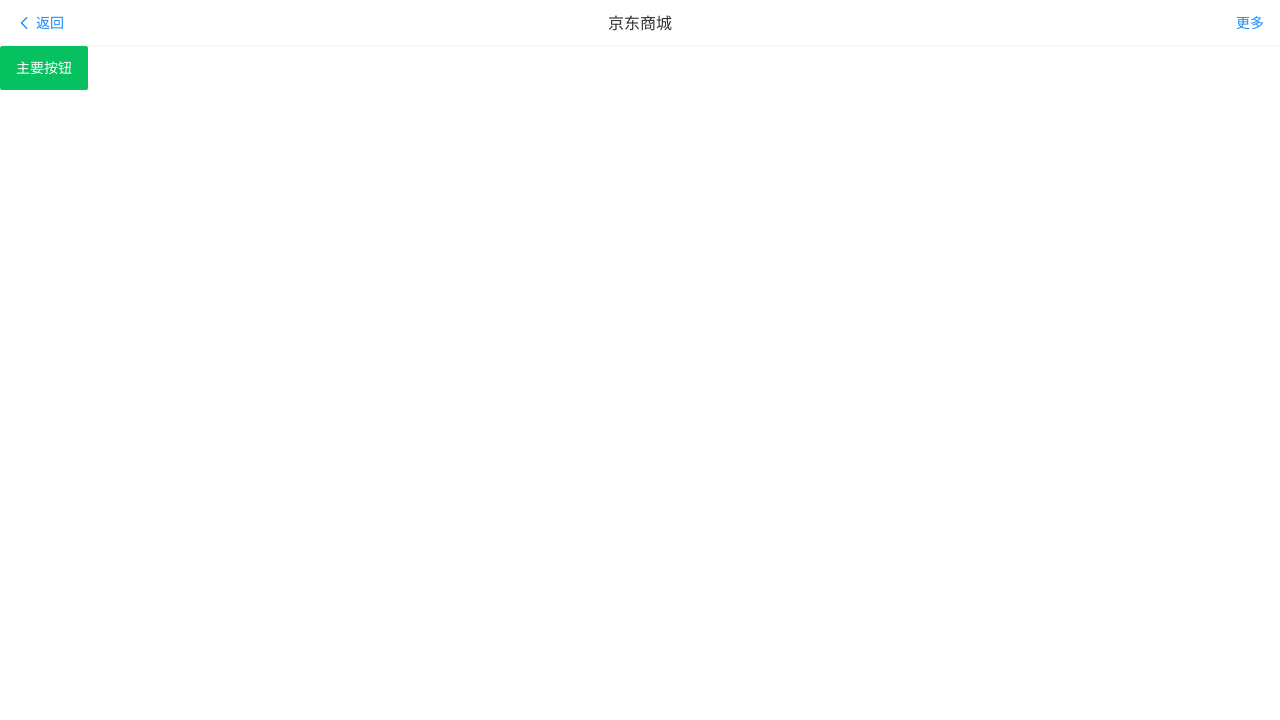
Repository: zhouzhiwengang/rourou
Page: /
An editor plug-in stored every save of this project. The page is shown before and after the next save, followed by the edit.
The browser window is 1280 px wide. The pictures show the whole page.
The project was rebuilt for these pictures with package versions that can differ from the ones it lists, and the page was loaded fresh each time.

Above is the page before, as saved 2021-02-23 14:30:23.

### index.html
<!DOCTYPE html>
<html>
  <head>
    <meta charset="utf-8">
    <meta name="viewport" content="width=device-width,initial-scale=1.0">
    <title>rourou</title>
  </head>
  <body>
    <div id="app"></div>
    <!-- built files will be auto injected -->
  </body>
</html>

### src/main.js
// The Vue build version to load with the `import` command
// (runtime-only or standalone) has been set in webpack.base.conf with an alias.
import Vue from 'vue'
import App from './App'
import router from './router'
import Vant from 'vant';
import 'vant/lib/index.css';

Vue.config.productionTip = false
Vue.use(Vant)
/* eslint-disable no-new */
new Vue({
  el: '#app',
  router,
  components: { App },
  template: '<App/>'
})

### src/App.vue
<template>
  <div id="app">
    <header-bar></header-bar>
    <div class="content-div">
      <router-view/>
    </div>
  </div>
</template>

<script>
import Header from './components/HeaderBar.vue'
export default {
  name: 'App',
  components: {
      'header-bar': Header
    },
}
</script>

<style>
.content-div {
    margin-bottom: 55px;
  }
</style>

### src/components/HeaderBar.vue
<template>
  <div>
    <van-nav-bar
    title="京东商城"
    left-text="返回"
    right-text="更多"
    left-arrow
    @click-left="onClickLeft"
    @click-right="onClickRight"
    />

  </div>
</template>

<script>
export default {
    methods: {
        onClickLeft() {
            console.log('返回')
        },
        onClickRight() {
            console.log('更多')
        },
  },
}
</script>

<!-- Add "scoped" attribute to limit CSS to this component only -->
<style>

</style>

### src/components/HelloWorld.vue
<template>
  <div class="hello">
   <van-button type="primary">主要按钮</van-button>

  </div>
</template>

<script>
export default {
  name: 'HelloWorld',
  data () {
    return {
      msg: 'Welcome to Your Vue.js App'
    }
  }
}
</script>

<!-- Add "scoped" attribute to limit CSS to this component only -->
<style scoped>
h1, h2 {
  font-weight: normal;
}
ul {
  list-style-type: none;
  padding: 0;
}
li {
  display: inline-block;
  margin: 0 10px;
}
a {
  color: #42b983;
}
</style>

### src/components/FooterBar.vue
<template>
  <div>
    <van-tabbar v-model="active">
        <van-tabbar-item icon="bag-o">首页</van-tabbar-item>
        <van-tabbar-item icon="cart-o">购物车</van-tabbar-item>
        <van-tabbar-item icon="user-o">用户</van-tabbar-item>
    </van-tabbar>

  </div>
</template>

<script>
export default {
    data() {
        return {
            active: 0,
        };
    },
}
</script>

<!-- Add "scoped" attribute to limit CSS to this component only -->
<style>

</style>

Loaded but not shown: src/router/index.js (common file)

After the next save:
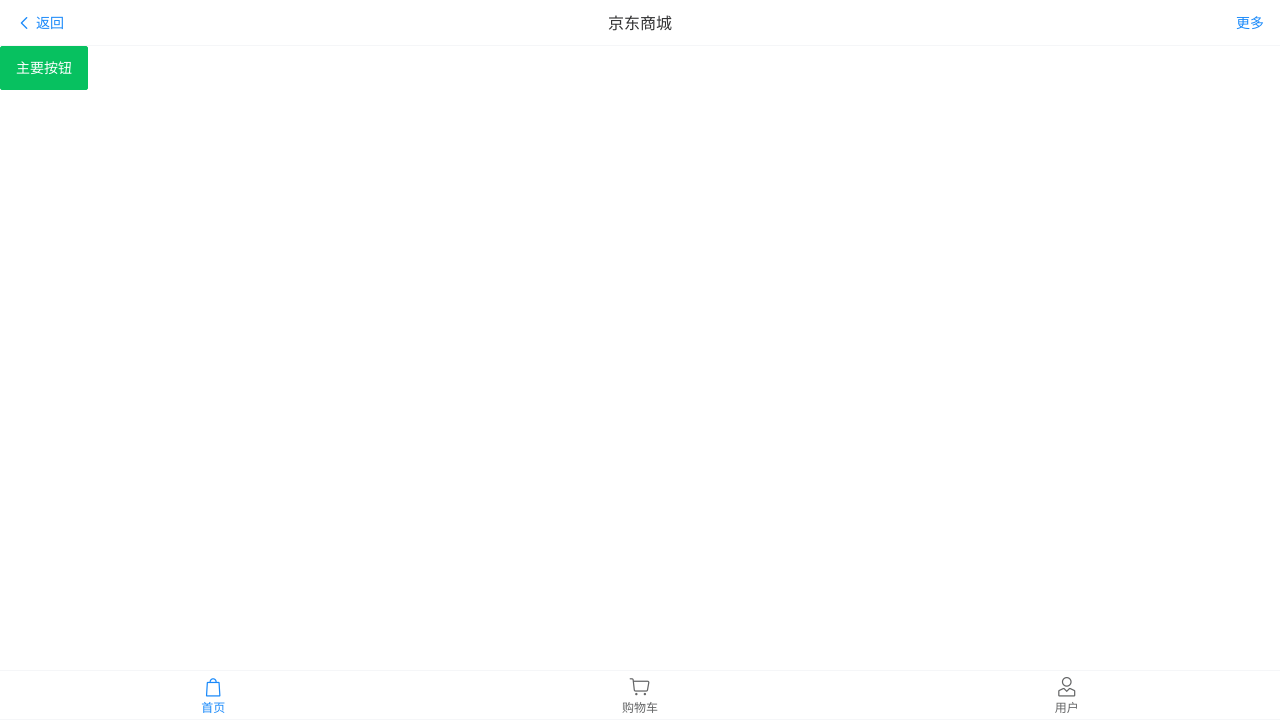
Saved 78 s later.
--- a/src/App.vue
+++ b/src/App.vue
@@ -4,15 +4,18 @@
     <div class="content-div">
       <router-view/>
     </div>
+    <footer-bar></footer-bar>
   </div>
 </template>
 
 <script>
 import Header from './components/HeaderBar.vue'
+import Footer from './components/FooterBar.vue'
 export default {
   name: 'App',
   components: {
-      'header-bar': Header
+      'header-bar': Header,
+      'footer-bar': Footer
     },
 }
 </script>
